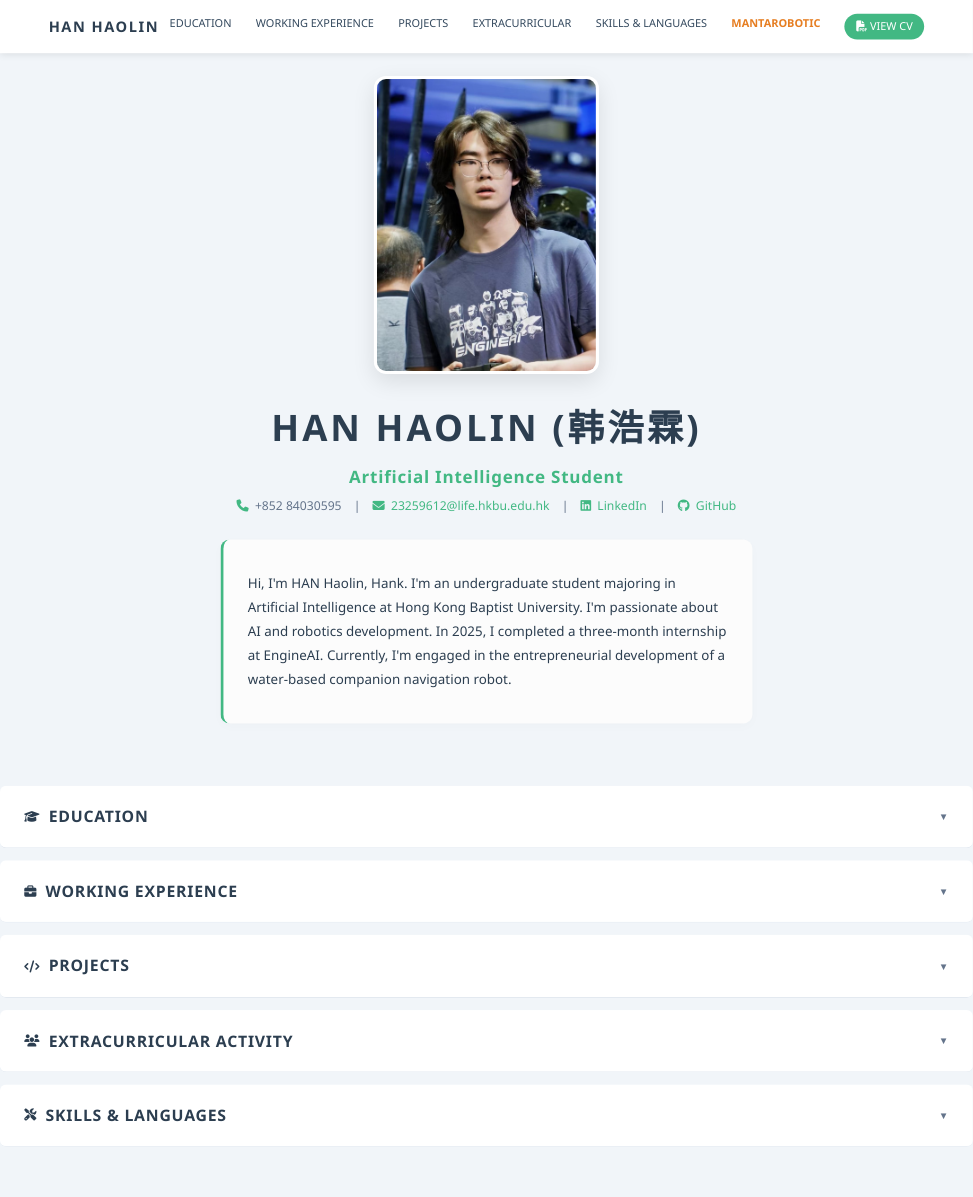
Repository: hhl2802149944-afk/hhl2802149944-afk.github.io
Page: /
An editor plug-in stored every save of this project. The page is shown before and after the next save, followed by the edit.
The browser window is 1280 px wide. The pictures show the whole page, at 76% of full size.
The project was rebuilt for these pictures with package versions that can differ from the ones it lists, and the page was loaded fresh each time. Also part of the build but not shown: vite.config.js, src/components/ProjectCard.vue, src/views/MantaRoboticView.vue.

Above is the page before, as saved 2026-01-22 11:13:10.

After the next save:
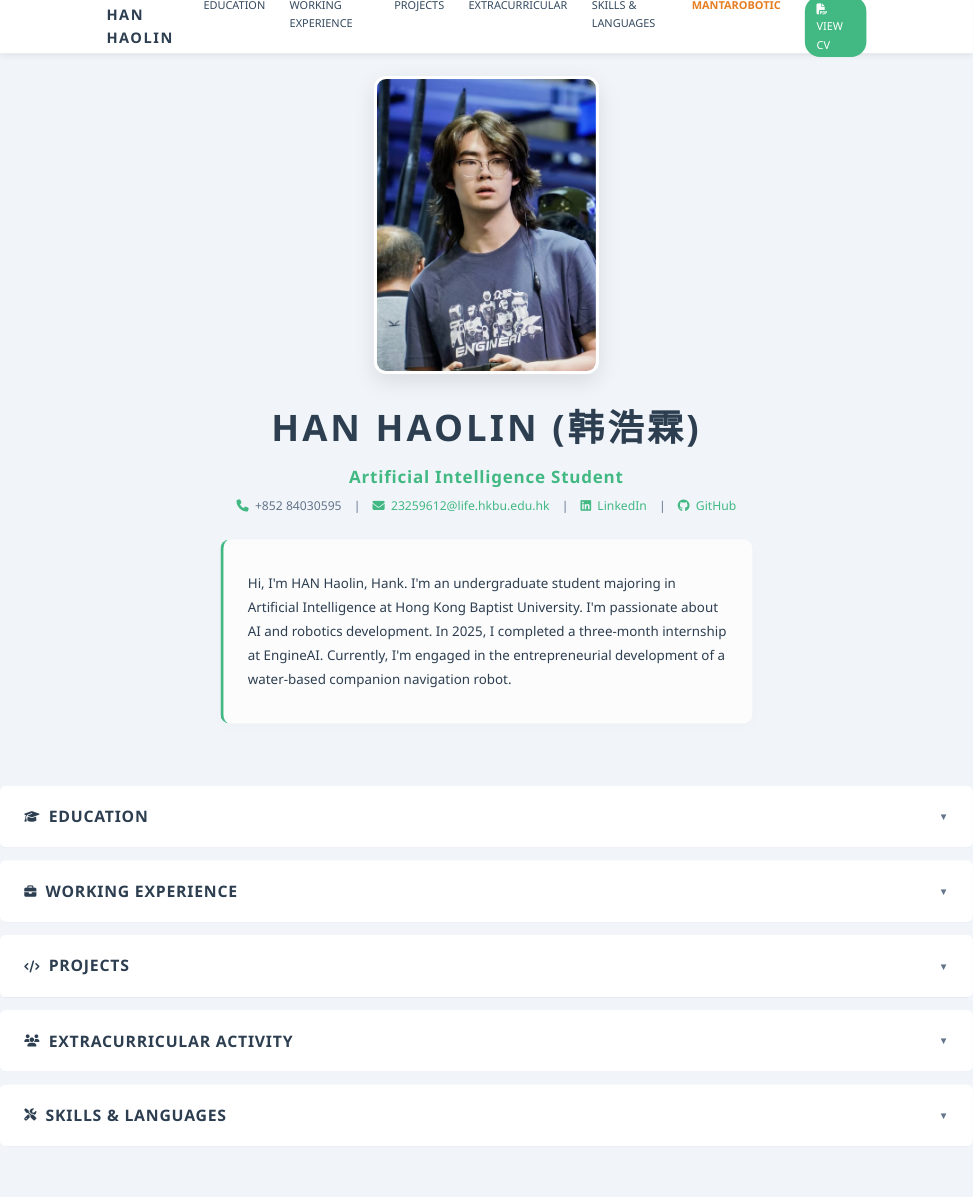
Saved 89 s later.
--- a/src/components/NavBar.vue
+++ b/src/components/NavBar.vue
@@ -84,11 +84,12 @@ const goToMantaRobotic = () => {
 }
 
 .nav-container {
-  width: 90%;
-  max-width: 1200px;
+  width: 100%;
+  max-width: 1000px;
   display: flex;
   justify-content: space-between;
   align-items: center;
+  padding: 0 4rem;
 }
 
 .nav-logo {
